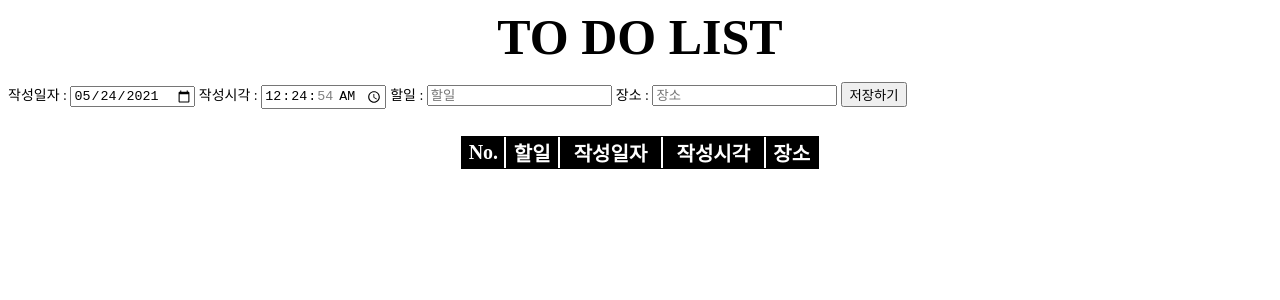
Repository: kimyoungjin98/Exam_Project
Page: http://localhost/Server_PR_TodoList/
An editor plug-in stored every save of this project. The page is shown before and after the next save, followed by the edit.
The browser window is 1280 px wide. The pictures show the whole page.
The page is served by Tomcat 9. Other server files are loaded and not shown. Queries for data that is not in the repository find no rows.

Above is the page before, as saved 2021-05-24 06:27:03.

### Server_PR_TodoList/src/main/webapp/WEB-INF/views/home.jsp
<%@ page language="java" contentType="text/html; charset=UTF-8"
    pageEncoding="UTF-8"%>
<%@ taglib uri="http://java.sun.com/jsp/jstl/core" prefix="c"%>
<c:set value="${pageContext.request.contextPath}" var="rootPath" />
<!DOCTYPE html>
<html>

<head>
<meta charset="UTF-8">
<title>어서오세요</title>
</head>
<script>
document.addEventListener("DOMContentLoaded",function(ev){

	document.querySelector("table")
	.addEventListener("click", function(ev){

		let tag = ev.target.tagName

		if(tag == "TD"){

			let seq = ev.target.closest("TR").dataset.seq

			document.location.href="${rootPath}/todo/view?td_seq=" + seq

		}

	})

})


</script>
<style>
table{
	width:30%;
	text-align: center;
	margin:3px auto;
	font-size:20px;
	padding:10px;

}

table td{
	cursor:pointer;
	padding:5-%;


}

table tr:hover{
	background-color: lightgray;
}

table tr{
	border:1px solid black;
	outline:1px solid black;
}

table th{
	background-color: black;
	color:white;

}


</style>
<body>

	<%@ include file="/WEB-INF/views/banner.jsp" %>
	<p>
	<%@ include file="/WEB-INF/views/write.jsp" %>
	<p>
		<table>
		<th>No.</th>
		<th>할일</th>
		<th>작성일자</th>
		<th>작성시각</th>
		<th>장소</th>

		<c:forEach items="${TDLIST}" var="TD" varStatus="index">
			<tr data-seq="${TD.td_seq}">
				<td>${index.count}</td>
				<td>${TD.td_content}</td>
				<td>${TD.td_date}</td>
				<td>${TD.td_time}</td>
				<td>${TD.td_place}</td>
			</tr>

		</c:forEach>

	</table>

</body>
</html>

### Server_PR_TodoList/src/main/webapp/WEB-INF/views/banner.jsp
<%@ page language="java" contentType="text/html; charset=UTF-8"
    pageEncoding="UTF-8"%>
<%@ taglib uri="http://java.sun.com/jsp/jstl/core" prefix="c"%>
<c:set value="${pageContext.request.contextPath}" var="rootPath" />
<!DOCTYPE html>
<html>
<head>
<meta charset="UTF-8">
<title>Insert title here</title>
</head>
<style>
h1{
	margin:auto;
	text-align: center;
	font-size:50px;
}


</style>
<body>
	<h1>TO DO LIST</h1>
</body>
</html>

### Server_PR_TodoList/src/main/webapp/WEB-INF/views/write.jsp
<%@ page language="java" contentType="text/html; charset=UTF-8"
    pageEncoding="UTF-8"%>
<%@ taglib uri="http://java.sun.com/jsp/jstl/core" prefix="c"%>
<c:set value="${pageContext.request.contextPath}" var="rootPath" />
<!DOCTYPE html>
<html>
<head>
<meta charset="UTF-8">
<title>Insert title here</title>
</head>
<script type="text/javascript">
document.addEventListener("DOMContentLoaded", function(ev){
	document.querySelector("button")
	.addEventListener("click",function(ev){

		let td_date = document.querySelector("input[name='td_date']")
		let td_time = document.querySelector("input[name='td_time']")
		let td_content = document.querySelector("input[name='td_content']")
		let td_place = document.querySelector("input[name='td_place']")

		document.querySelector("form").submit();

	})

})

</script>
<style>

	label{
		font-size:14px;
	}



</style>
<body>

	<form method="POST" class="1">
	<label>작성일자 : </label><input name="td_date" placeholder="작성일자" type="date" value="${TD.td_date}">
	<label>작성시각 : </label><input name="td_time" placeholder="작성시각" type="time" value="${TD.td_time}">
	<label>할일 : </label>
	<input name="td_content" placeholder="할일" value="${TD.td_content}"></input>
	<label>장소 : </label><input name="td_place" placeholder="장소" value="${TD.td_place}">

		<button>저장하기</button>
	</form>

</body>
</html>

### Server_PR_TodoList/src/main/java/com/callor/todo/controller/HomeController.java
package com.callor.todo.controller;

import java.io.IOException;
import java.text.SimpleDateFormat;
import java.util.Date;
import java.util.List;

import javax.servlet.ServletException;
import javax.servlet.annotation.WebServlet;
import javax.servlet.http.HttpServlet;
import javax.servlet.http.HttpServletRequest;
import javax.servlet.http.HttpServletResponse;

import com.callor.todo.model.TodoVO;
import com.callor.todo.service.TodoService;
import com.callor.todo.service.impl.TodoServiceImplV1;

@WebServlet("/")
public class HomeController extends HttpServlet{

	protected TodoService tdService;

	public HomeController() {

		tdService = new TodoServiceImplV1();

	}

	@Override
	protected void doGet(HttpServletRequest req, HttpServletResponse resp) throws ServletException, IOException {


		List<TodoVO> tdList = tdService.selectAll();

		req.setAttribute("TDLIST", tdList);

		SimpleDateFormat sDate = new SimpleDateFormat("yyyy-MM-dd");
		SimpleDateFormat sTime = new SimpleDateFormat("HH:mm:ss");
		Date date = new Date(System.currentTimeMillis());

		TodoVO tdVO = new TodoVO();

		tdVO.setTd_date(sDate.format(date));
		tdVO.setTd_time(sTime.format(date));

		req.setAttribute("TD", tdVO);

		ReqController.forward(resp, req, "home");

	}

	@Override
	protected void doPost(HttpServletRequest req, HttpServletResponse resp) throws ServletException, IOException {


		req.setCharacterEncoding("UTF-8");

		String td_date = req.getParameter("td_date");
		String td_content = req.getParameter("td_content");
		String td_time = req.getParameter("td_time");
		String td_place = req.getParameter("td_place");

		TodoVO tdVO = new TodoVO();

		tdVO.setTd_content(td_content);
		tdVO.setTd_date(td_date);
		tdVO.setTd_place(td_place);
		tdVO.setTd_time(td_time);

		tdService.insert(tdVO);

		System.out.println(tdVO.toString());

		resp.sendRedirect("/todo/");

	}

}

### Server_PR_TodoList/src/main/java/com/callor/todo/service/impl/TodoServiceImplV1.java
package com.callor.todo.service.impl;

import java.sql.Connection;
import java.sql.PreparedStatement;
import java.sql.ResultSet;
import java.sql.SQLException;
import java.util.ArrayList;
import java.util.List;

import com.callor.todo.config.DBConnect;
import com.callor.todo.model.TodoVO;
import com.callor.todo.service.TodoService;
import com.mysql.cj.x.protobuf.MysqlxPrepare.Prepare;

public class TodoServiceImplV1 implements TodoService {

	protected Connection dbConn;

	public TodoServiceImplV1() {

		dbConn = DBConnect.getDB();

	}

	protected List<TodoVO> select(PreparedStatement pStr) throws SQLException {

		List<TodoVO> tdList = new ArrayList<TodoVO>();
		ResultSet rSet = pStr.executeQuery();

		while (rSet.next()) {

			TodoVO tdVO = new TodoVO();

			tdVO.setTd_content(rSet.getString("td_content"));
			tdVO.setTd_date(rSet.getString("td_date"));
			tdVO.setTd_place(rSet.getString("td_place"));
			tdVO.setTd_time(rSet.getString("td_time"));
			tdVO.setTd_seq(rSet.getLong("td_seq"));
			tdList.add(tdVO);

		}

		return tdList;
	}

	@Override
	public List<TodoVO> selectAll() {
		// TODO Auto-generated method stub

		String sql = " SELECT * FROM tbl_todo ";

		PreparedStatement pStr = null;

		try {

			pStr = dbConn.prepareStatement(sql);
			List<TodoVO> tdList = this.select(pStr);


			return tdList;

		} catch (SQLException e) {
			// TODO Auto-generated catch block
			e.printStackTrace();
		}

		return null;
	}

	@Override
	public TodoVO findById(Long td_seq) {
		// TODO Auto-generated method stub

		String sql = " SELECT * FROM tbl_todo ";
		sql += " WHERE td_seq = ? ";

		PreparedStatement pStr = null;

		try {
			pStr = dbConn.prepareStatement(sql);
			pStr.setLong(1, td_seq);

			List<TodoVO> tdList = this.select(pStr);

			if(tdList != null && tdList.size() > 0) {

				return tdList.get(0);
			}

		} catch (SQLException e) {
			// TODO Auto-generated catch block
			e.printStackTrace();
		}

		return null;
	}

	@Override
	public Integer insert(TodoVO tdVO) {
		// TODO Auto-generated method stub

		String sql = " INSERT INTO tbl_todo ";
		sql += " (td_content, td_date, td_time, td_place) ";
		sql += " VALUES(?,?,?,?) ";

		PreparedStatement pStr = null;

		try {
			pStr = dbConn.prepareStatement(sql);
			pStr.setString(1, tdVO.getTd_content());
			pStr.setString(2, tdVO.getTd_date());
			pStr.setString(3, tdVO.getTd_time());
			pStr.setString(4, tdVO.getTd_place());

			return pStr.executeUpdate();



		} catch (SQLException e) {
			// TODO Auto-generated catch block
			e.printStackTrace();
		}

		return null;
	}

	@Override
	public Integer update(TodoVO tdVO) {
		// TODO Auto-generated method stub

		String sql = " UPDATE tbl_todo SET ";
		sql += " td_content = ?, ";
		sql += " td_date = ?, ";
		sql += " td_time = ?, ";
		sql += " td_place = ? ";
		sql += " WHERE td_seq = ? ";

		PreparedStatement pStr = null;

		try {
			pStr = dbConn.prepareStatement(sql);
			pStr.setString(1, tdVO.getTd_content());
			pStr.setString(2, tdVO.getTd_date());
			pStr.setString(3, tdVO.getTd_time());
			pStr.setString(4, tdVO.getTd_place());
			pStr.setLong(5, tdVO.getTd_seq());


			return pStr.executeUpdate();


		} catch (SQLException e) {
			// TODO Auto-generated catch block
			e.printStackTrace();
		}

		return null;
	}

	@Override
	public Integer delete(Long td_seq) {
		// TODO Auto-generated method stub

		String sql = " DELETE FROM tbl_todo ";
		sql += " WHERE td_seq = ? ";

		PreparedStatement pStr = null;

		try {
			pStr = dbConn.prepareStatement(sql);
			pStr.setLong(1, td_seq);

			return pStr.executeUpdate();
		} catch (SQLException e) {
			// TODO Auto-generated catch block
			e.printStackTrace();
		}



		return null;
	}

}

### Server_PR_TodoList/src/main/java/com/callor/todo/config/DBConnect.java
package com.callor.todo.config;

import java.sql.Connection;
import java.sql.DriverManager;
import java.sql.SQLException;

public class DBConnect {

	private static Connection dbConn;

	static {

		String driver = "com.mysql.cj.jdbc.Driver";
		String url = "jdbc:mysql://localhost:3306/todo";
		String user = "todoList";
		String pw = "1234";

		try {
			Class.forName(driver);

			if (dbConn == null) {
				dbConn = DriverManager.getConnection(url, user, pw);
			}

			System.out.println("DB 접속 성공");

		} catch (ClassNotFoundException e) {
			// TODO Auto-generated catch block
			e.printStackTrace();
		} catch (SQLException e) {
			// TODO Auto-generated catch block
			e.printStackTrace();
		}

	}

	public static Connection getDB() {

		return dbConn;
	}

}

### Server_PR_TodoList/src/main/java/com/callor/todo/model/TodoVO.java
package com.callor.todo.model;

import lombok.AllArgsConstructor;
import lombok.Getter;
import lombok.NoArgsConstructor;
import lombok.Setter;
import lombok.ToString;

@Getter
@Setter
@ToString
@AllArgsConstructor
@NoArgsConstructor
public class TodoVO {

	private Long td_seq;
	private String td_place;
	private String td_date;
	private String td_time;
	private String td_content;

}

### Server_PR_TodoList/src/main/java/com/callor/todo/controller/ReqController.java
package com.callor.todo.controller;

import java.io.IOException;

import javax.servlet.ServletException;
import javax.servlet.http.HttpServlet;
import javax.servlet.http.HttpServletRequest;
import javax.servlet.http.HttpServletResponse;

public class ReqController extends HttpServlet{

	public static void forward(HttpServletResponse res, HttpServletRequest req, String file) throws ServletException, IOException {

		String root = "/WEB-INF/views/" + file + ".jsp";

		req.getRequestDispatcher(root).forward(req, res);

	}

}

After the next save:
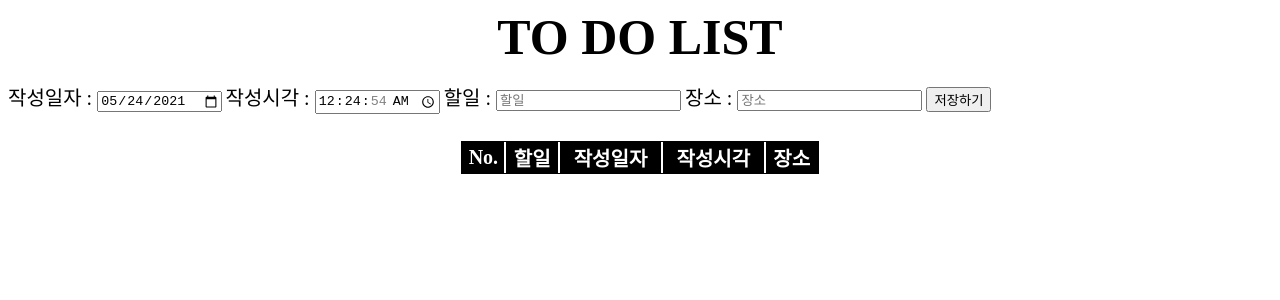
Saved 12 s later.
--- a/Server_PR_TodoList/src/main/webapp/WEB-INF/views/write.jsp
+++ b/Server_PR_TodoList/src/main/webapp/WEB-INF/views/write.jsp
@@ -28,7 +28,7 @@ document.addEventListener("DOMContentLoaded", function(ev){
 <style>
 
 	label{
-		font-size:14px;
+		font-size:20px;
 	}
 
 
